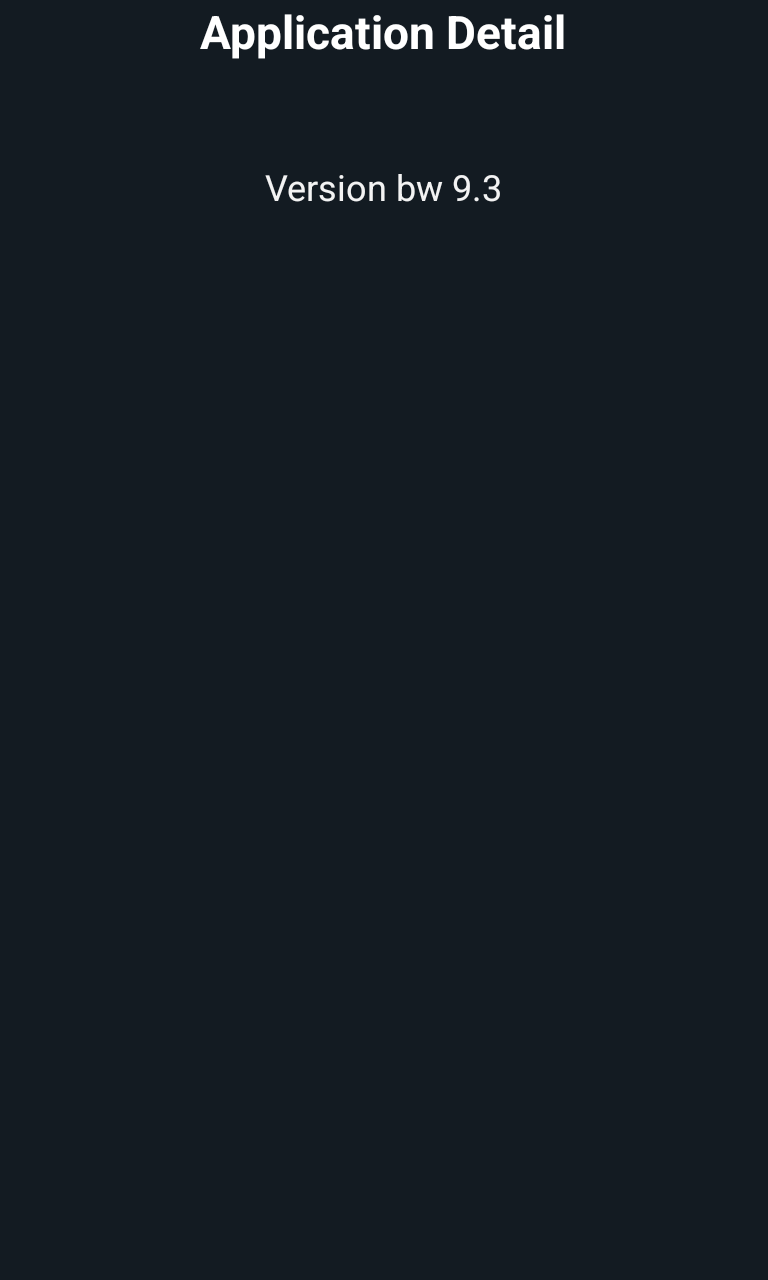
Repository: Theswitchers/mobileapp
Layout: android/res/layout/about.xml
An editor plug-in stored every save of this project. The layout is shown before and after the next save, followed by the edit.
It is drawn on a 768 x 1280 px phone screen (xhdpi) without system bars, with theme android:Theme.Holo; the app's code is not run.

Above is the layout before, as saved 2016-12-15 11:36:23.

### android/res/layout/about.xml
<?xml version="1.0" encoding="utf-8"?>
<LinearLayout android:orientation="vertical" android:background="#ff131b22" android:layout_width="fill_parent" android:layout_height="fill_parent"
  xmlns:android="http://schemas.android.com/apk/res/android"
  xmlns:app="http://schemas.android.com/apk/res/com.zorba.bt">
    <TextView android:textAppearance="?android:textAppearanceLarge" android:textSize="23.0sp" android:textStyle="bold" android:textColor="#ffffffff" android:layout_gravity="center" android:id="@id/cbox" android:layout_width="wrap_content" android:layout_height="wrap_content" android:text="Application Detail" />
    <LinearLayout android:orientation="vertical" android:layout_width="fill_parent" android:layout_height="fill_parent">

        <TextView
            android:id="@id/controllerValue"
            android:layout_width="wrap_content"
            android:layout_height="wrap_content"
            android:layout_gravity="center"
            android:layout_marginTop="50.0dip"
            android:text="Version bw 9.3"
            android:textAppearance="?android:textAppearanceMedium" />

    </LinearLayout>
</LinearLayout>

After the next save:
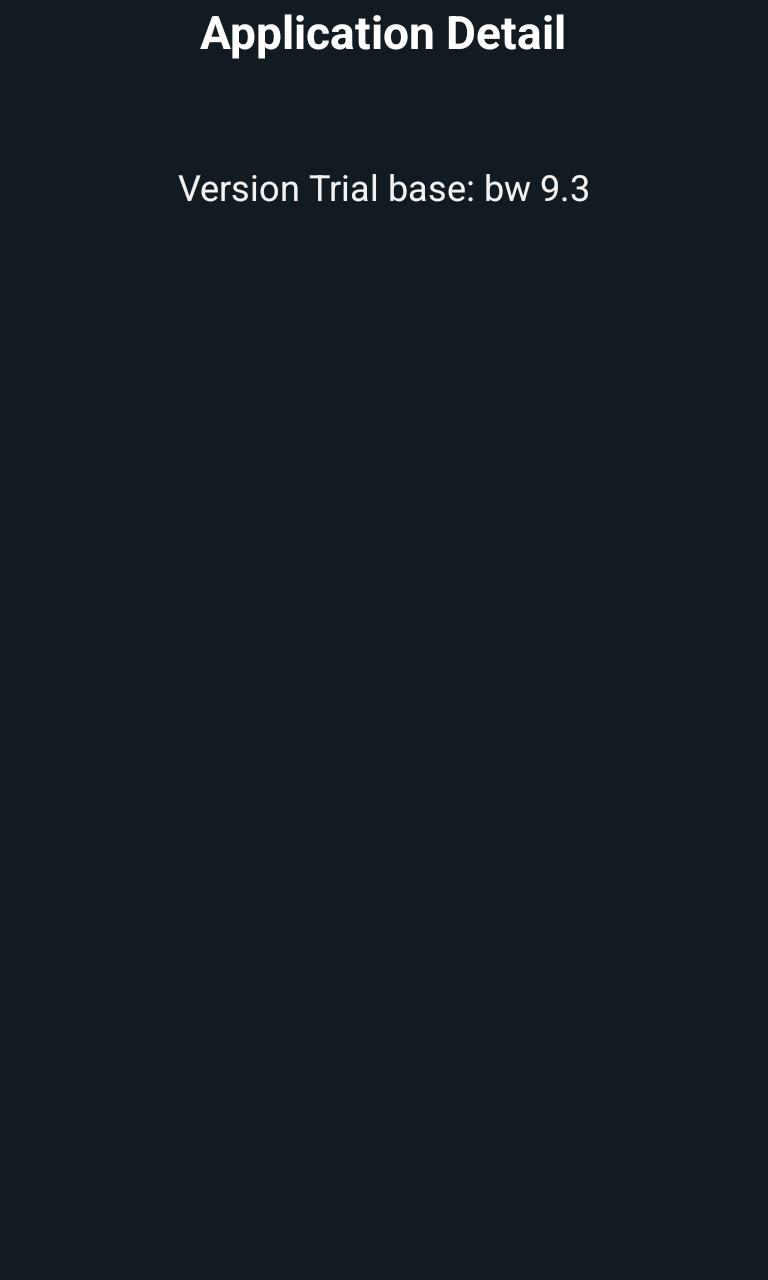
Saved 10 min 34 s later.
--- a/android/res/layout/about.xml
+++ b/android/res/layout/about.xml
@@ -11,7 +11,7 @@
             android:layout_height="wrap_content"
             android:layout_gravity="center"
             android:layout_marginTop="50.0dip"
-            android:text="Version bw 9.3"
+            android:text="Version Trial base: bw 9.3"
             android:textAppearance="?android:textAppearanceMedium" />
 
     </LinearLayout>
